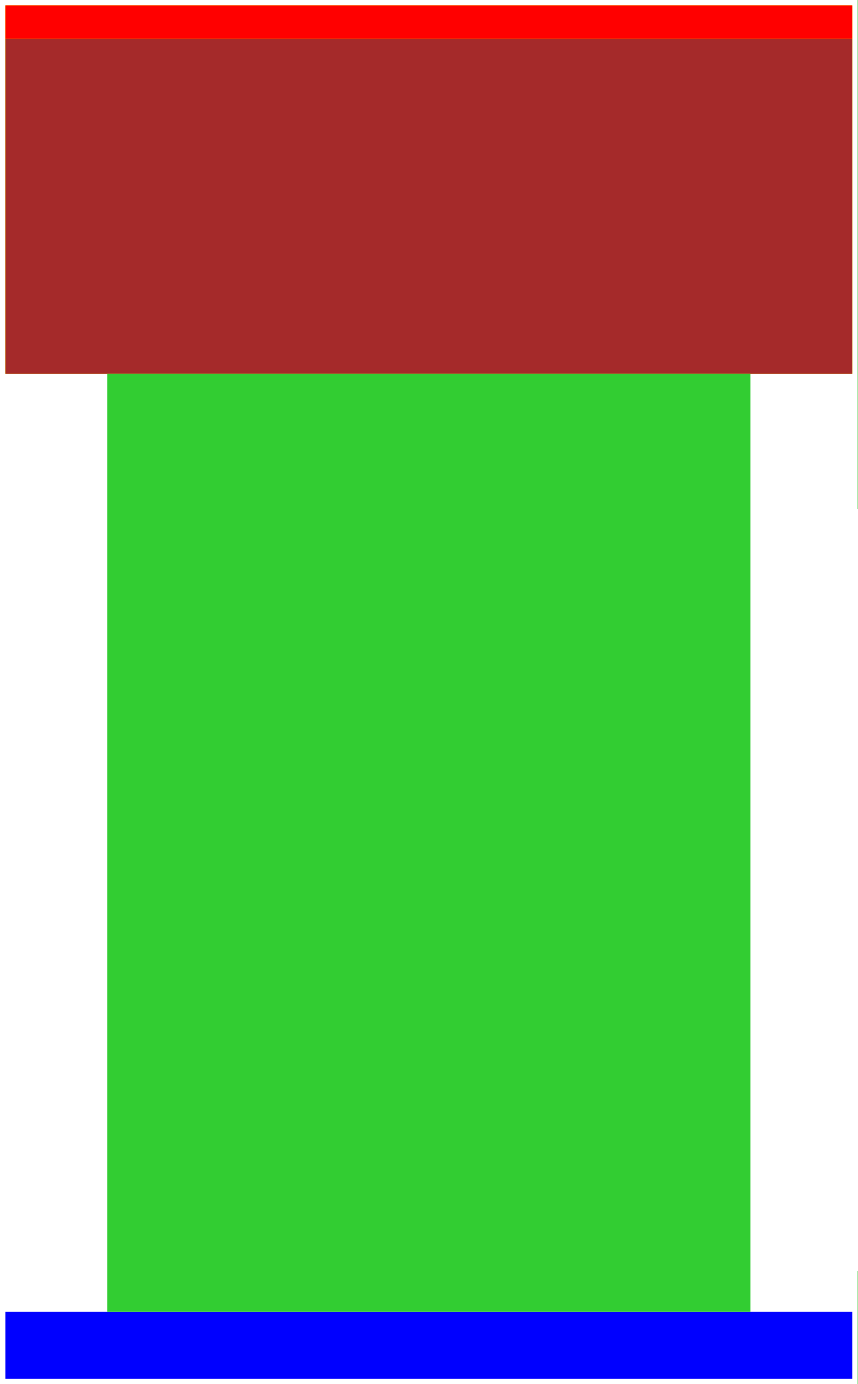
Repository: Souax/prac_20231021
Page: Chapter4/4.html
The author's editor kept a record of every edit. The page is drawn from the files as they stood at one moment, then again after the next edit.
The browser window is 1280 px wide. The pictures show the whole page, at 67% of full size.

Above is the page before.

After the next edit:
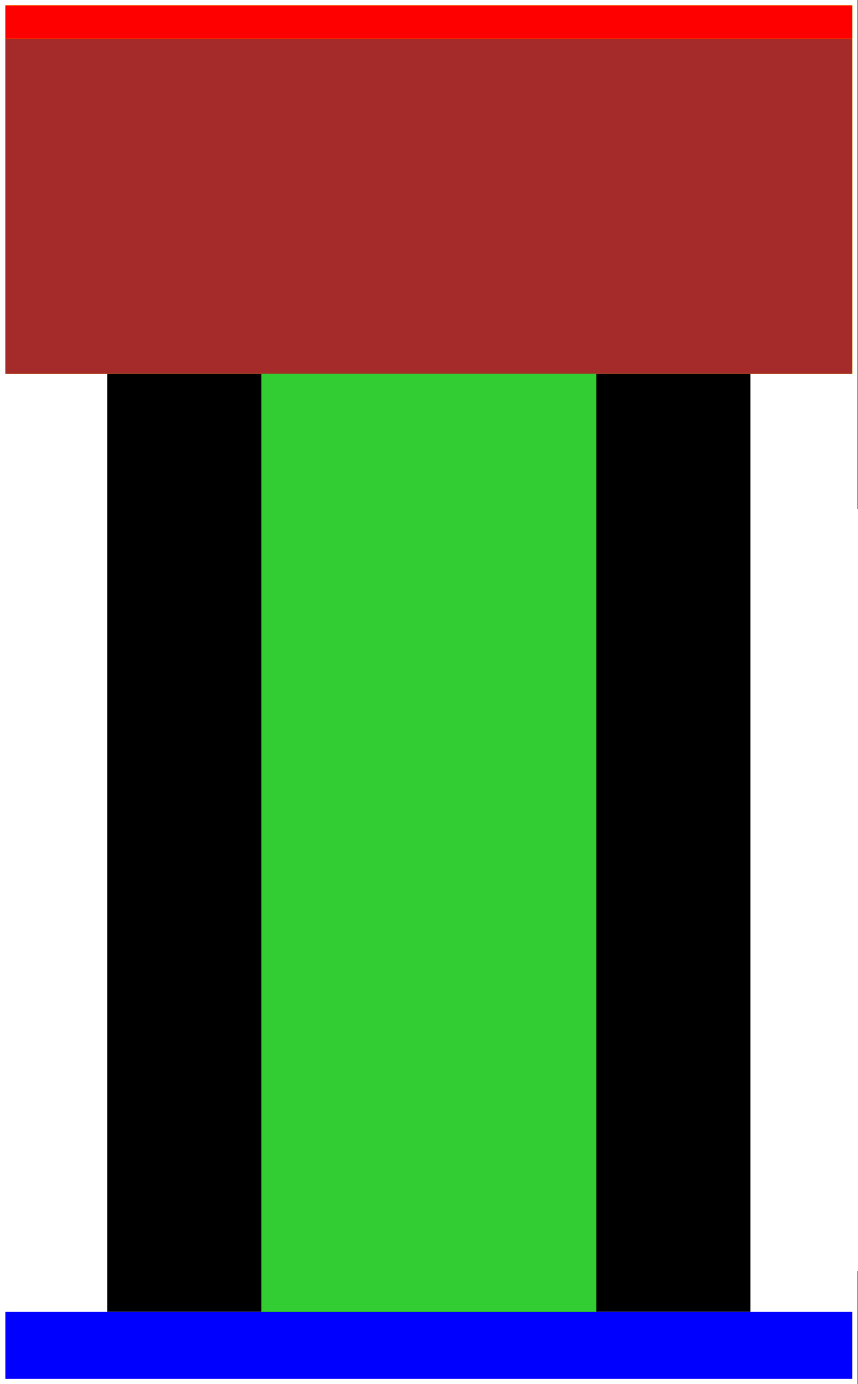
The edit:
--- a/Chapter4/4.css
+++ b/Chapter4/4.css
@@ -31,7 +31,7 @@
 }
 
 .main-visual{
-  width:960px;
+  width:500px;
   height:1400px;
   background-color:limegreen;
 }
